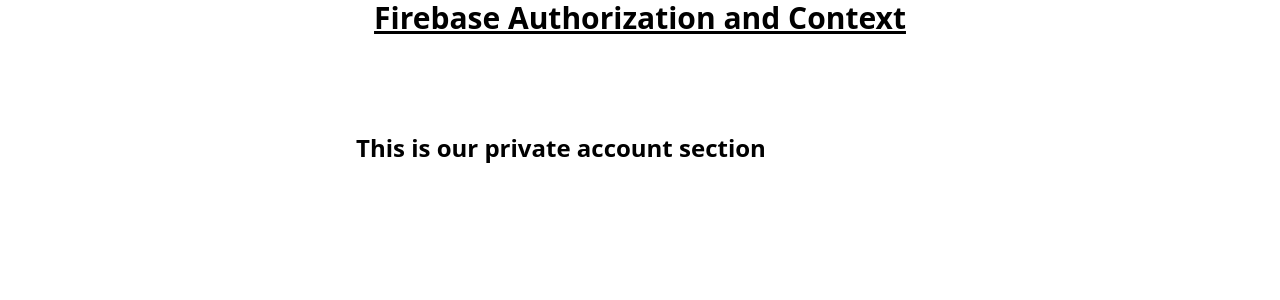
Repository: mottad14/practice_google_firebase
Page: /account
The author's editor kept a copy of each file at every save. The page is drawn from the files as they stood at one save, then again after the next save.
The browser window is 1280 px wide. The pictures show the whole page.
The project was rebuilt for these pictures with package versions that can differ from the ones it lists, and the page was loaded fresh each time. Also part of the build but not shown: src/components/Signin.jsx, src/components/Signup.jsx.

Above is the page before, as saved 2022-07-27 09:35:42.

After the next save:
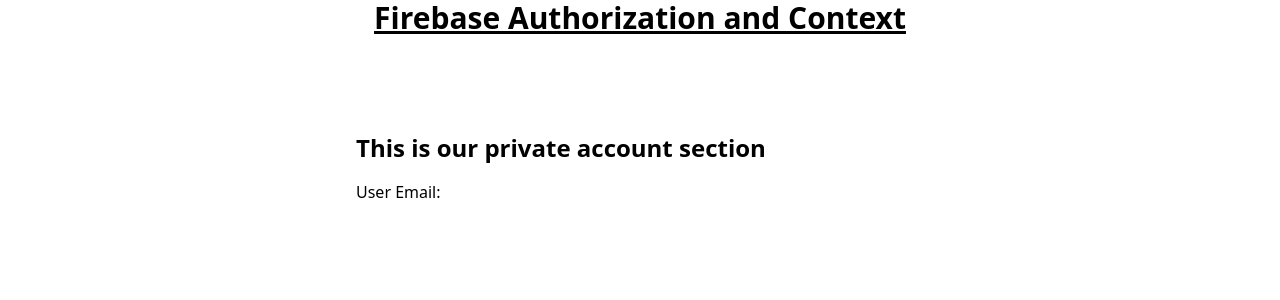
Saved 28 s later.
--- a/src/components/Account.jsx
+++ b/src/components/Account.jsx
@@ -4,7 +4,9 @@
   return (
     <div className='max-w-[600px] mx-auto my-16 p-4'>
       <h1 className='text-2xl font-bold py-4'>This is our private account section</h1>
+      <p>User Email:</p>
 
+      <button></button>
       </div>
   )
 }
